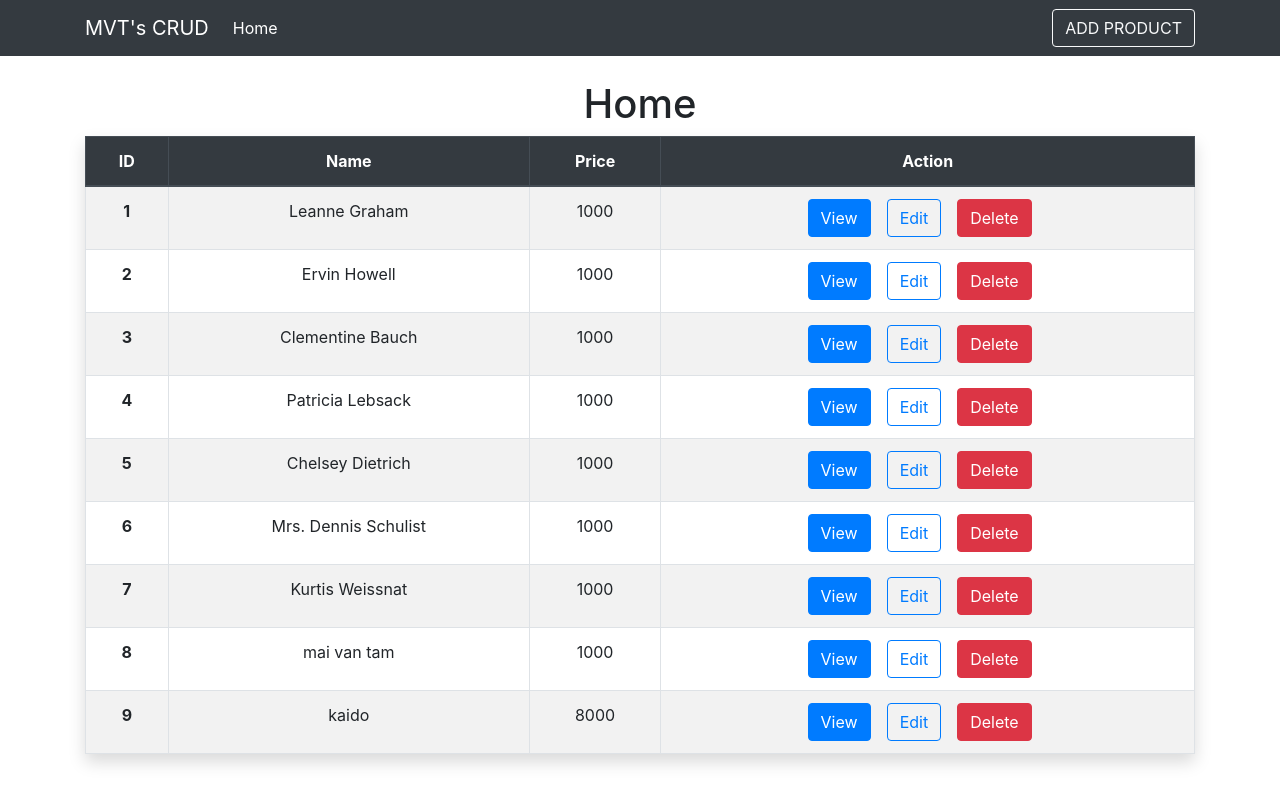
Repository: tammv/crud_product
Page: /
The author's editor kept a copy of each file at every save. The page is drawn from the files as they stood at one save, then again after the next save.
The browser window is 1280 px wide. The pictures show the whole page.
The project was rebuilt for these pictures with package versions that can differ from the ones it lists, and the page was loaded fresh each time. Requests to the local data server were answered from the project's data file. Also part of the build but not shown: src/index.css, src/components/pages/NotFound.js, src/components/products/UpdateProduct.js, src/components/products/Product.js, src/components/products/AddProduct.js.

Above is the page before, as saved 2023-07-10 00:24:52.

### src/App.js
import "./App.css";
import React from "react";
import "../node_modules/bootstrap/dist/css/bootstrap.css";
import ManageProduct from "./components/pages/ManageProduct";
import Navbar from "./components/layout/Navbar";
import { BrowserRouter as Router, Route, Routes } from "react-router-dom";
import NotFound from "./components/pages/NotFound";
import UpdateProduct from "./components/products/UpdateProduct";
import Product from "./components/products/Product";
import AddProduct from "./components/products/AddProduct";

function App(props) {
  return (
    <Router>
      <div className="App">
        <Navbar />
        <Routes>
          <Route exact path="/" element={<ManageProduct />} />
          <Route exact path="/products/add" element={<AddProduct />} />
          <Route exact path="/products/update/:id" element={<UpdateProduct />} />
          <Route exact path="/products/:id" element={<Product />}></Route>
          <Route component={NotFound} />
        </Routes>
      </div>
    </Router>
  );
}
export default App;

### src/components/pages/ManageProduct.js
import React, { useState, useEffect } from "react";
import axios from "axios";
import { Link } from "react-router-dom";

const ManageProduct = () => {
  const [products, setProduct] = useState([]);

  useEffect(() => {
    loadProducts();
  }, []);

  const loadProducts = async () => {
    const result = await axios.get("http://localhost:3003/products");
    // console.log(result);
    setProduct(result.data);
  };

  const deleteProduct = async (id) => {
    await axios.delete(`http://localhost:3003/products/${id}`);
    loadProducts();
  };

  return (
    <div className="container">
      <div className="py-4">
        <h1>Home</h1>

        <table class="table table-bordered table-striped shadow">
          <thead class="thead-dark">
            <tr>
              <th scope="col">ID</th>
              <th scope="col">Name</th>
              <th scope="col">Price</th>
              <th scope="col">Action</th>
            </tr>
          </thead>
          <tbody>
            {products.map((product, index) => (
              <tr>
                <th scope="row">{index + 1}</th>
                <td>{product.name}</td>
                <td>{product.price}</td>
                <td>
                  <Link className="btn btn-primary mr-3" to={`/products/${product.id}`}>
                    View
                  </Link>
                  <Link className="btn btn-outline-primary mr-3" to={`/products/update/${product.id}`}>
                    Edit
                  </Link>
                  <Link className="btn btn-danger mr-3" onClick={() => deleteProduct(product.id)}>
                    Delete
                  </Link>
                </td>
              </tr>
            ))}
          </tbody>
        </table>
      </div>
    </div>
  );
};

export default ManageProduct;

### src/components/layout/Navbar.js
import React from "react";
import { Link, NavLink } from "react-router-dom";

const Navbar = () => {
  return (
    <nav className="navbar navbar-expand-lg navbar-dark bg-dark">
      <div className="container">
        <Link className="navbar-brand" to="#">
          MVT's CRUD
        </Link>
        <button
          className="navbar-toggler"
          type="button"
          data-toggle="collapse"
          data-target="#navbarSupportedContent"
          aria-controls="navbarSupportedContent"
          aria-expanded="false"
          aria-label="Toggle navigation"
        >
          <span className="navbar-toggler-icon"></span>
        </button>

        <div className="collapse navbar-collapse">
          <ul className="navbar-nav mr-auto">
            <li className="nav-item ">
              <NavLink className="nav-link" exact to="/">
                Home
              </NavLink>
            </li>
          </ul>
        </div>

        <Link className="btn btn-outline-light" to="/products/add">
          ADD PRODUCT
        </Link>
      </div>
    </nav>
  );
};

export default Navbar;

### db.json
{
  "products": [
    {
      "id": 1,
      "name": "Leanne Graham",
      "price": "1000"
    },
    {
      "id": 2,
      "name": "Ervin Howell",
      "price": "1000"
    },
    {
      "id": 3,
      "name": "Clementine Bauch",
      "price": "1000"
    },
    {
      "id": 4,
      "name": "Patricia Lebsack",
      "price": "1000"
    },
    {
      "id": 5,
      "name": "Chelsey Dietrich",
      "price": "1000"
    },
    {
      "id": 6,
      "name": "Mrs. Dennis Schulist",
      "price": "1000"
    },
    {
      "id": 7,
      "name": "Kurtis Weissnat",
      "price": "1000"
    },
    {
      "id": 8,
      "name": "mai van tam",
      "price": "1000"
    },
    {
      "name": "kaido",
      "price": "8000",
      "id": 9
    }
  ]
}

Loaded but not shown: public/index.html (common file); src/index.js (common file); src/reportWebVitals.js (common file); src/App.css (common file)

After the next save:
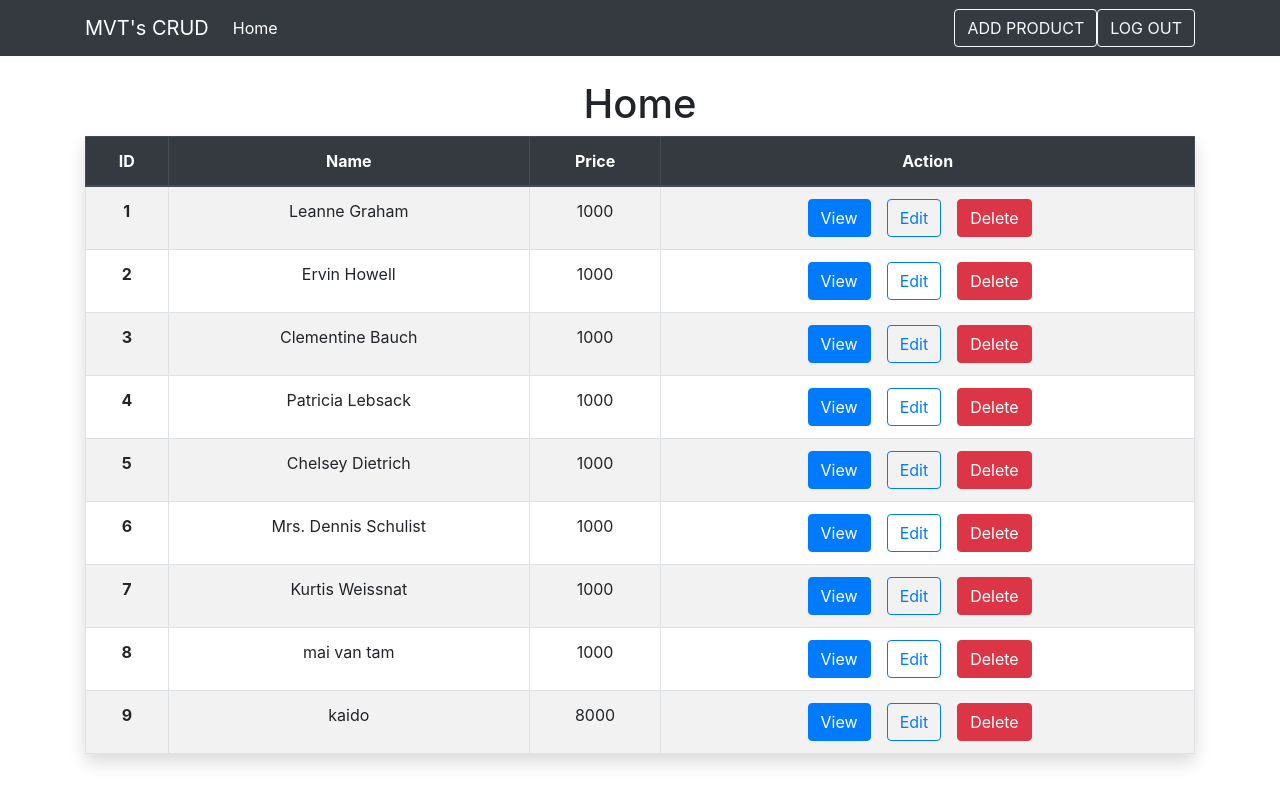
Saved 44 s later.
--- a/src/components/layout/Navbar.js
+++ b/src/components/layout/Navbar.js
@@ -33,6 +33,9 @@ const Navbar = () => {
         <Link className="btn btn-outline-light" to="/products/add">
           ADD PRODUCT
         </Link>
+        <Link className="btn btn-outline-light" to="#">
+          LOG OUT
+        </Link>
       </div>
     </nav>
   );
